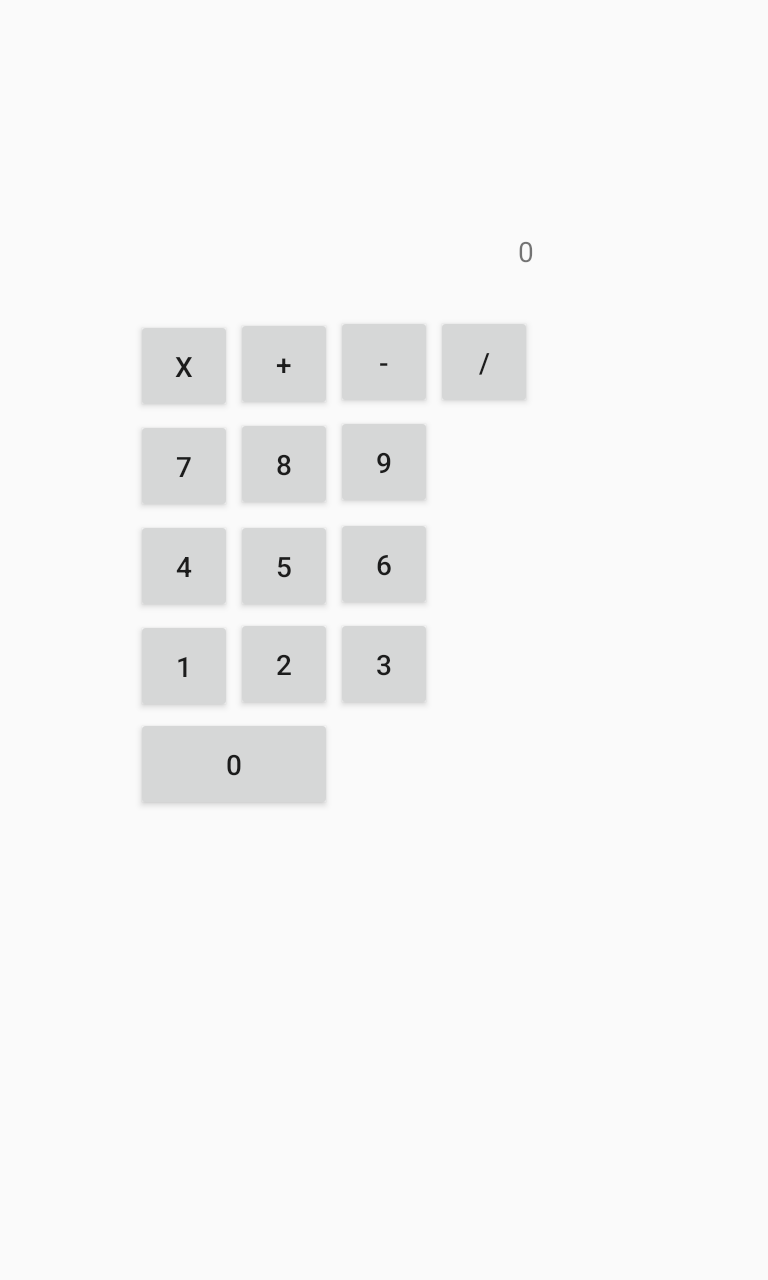
Repository: expensivecow/Calculator
Layout: Calculator_Implementation/res/layout/activity_main.xml
The author's editor kept a copy of each file at every save. The layout is drawn from the files as they stood at one save, then again after the next save.
It is drawn on a 768 x 1280 px phone screen (xhdpi) without system bars, with theme AppTheme; the app's code is not run.

Above is the layout before, as saved 2014-09-21 01:36:57.

After the next save:
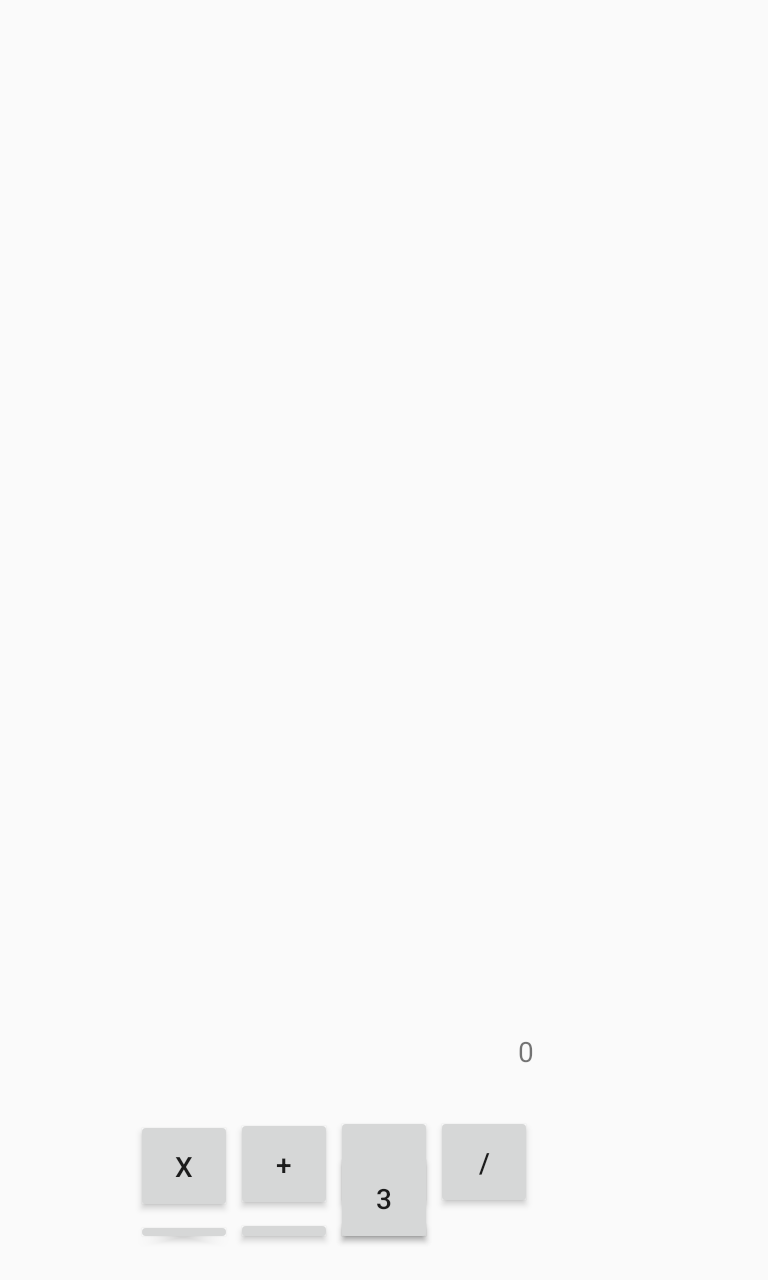
Saved 13 s later.
--- a/Calculator_Implementation/res/layout/activity_main.xml
+++ b/Calculator_Implementation/res/layout/activity_main.xml
@@ -12,7 +12,7 @@
         android:id="@+id/DisplayResult"
         android:layout_alignParentTop="true"
         android:layout_alignRight="@+id/bDiv"
-        android:layout_marginTop="100dp"
+        android:layout_marginTop="500dp"
         android:layout_width="wrap_content"
         android:layout_height="wrap_content"
         android:text="@string/initialvalue" />

After the save that followed:
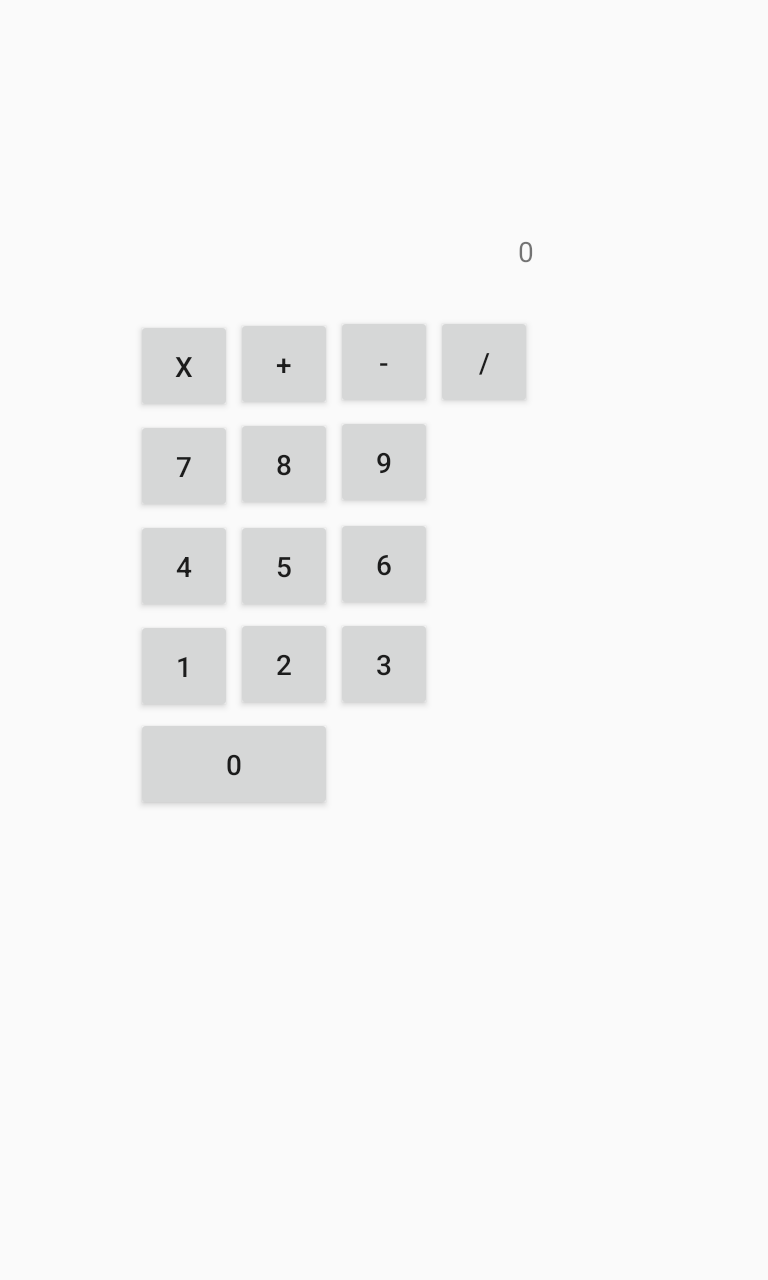
Saved 11 s later.
--- a/Calculator_Implementation/res/layout/activity_main.xml
+++ b/Calculator_Implementation/res/layout/activity_main.xml
@@ -12,7 +12,7 @@
         android:id="@+id/DisplayResult"
         android:layout_alignParentTop="true"
         android:layout_alignRight="@+id/bDiv"
-        android:layout_marginTop="500dp"
+        android:layout_marginTop="100dp"
         android:layout_width="wrap_content"
         android:layout_height="wrap_content"
         android:text="@string/initialvalue" />
